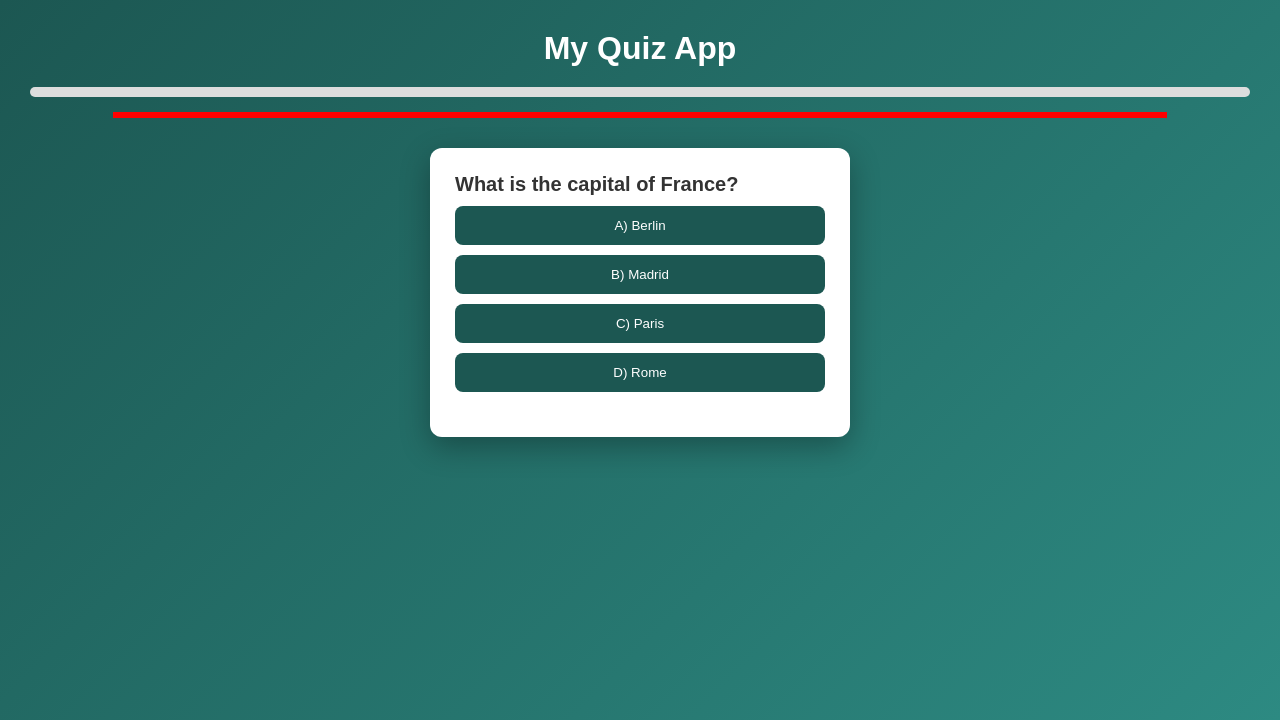
Repository: fatimaqueen9967-eng/SyntacexhubQuizApp
Page: index.html
These files come from the project's save history. The page is drawn as it stood at one moment and after a run of saves; the edit follows.
The browser window is 1280 px wide. The pictures show the whole page.

Above is the page before, as saved 2026-03-15 06:57:15.

### index.html
<!DOCTYPE html>
<html lang="en">
<head>
    <meta charset="UTF-8">
    <meta name="viewport" content="width=device-width, initial-scale=1.0">
    <title>QUIZ APP</title>
    <link rel="stylesheet" href="style.css">
</head>
<body>
    <h1>My Quiz App</h1>
<div class="progress-container">
<div class="progress-bar" id="progress"></div>
</div>

<div class="timer" id="timer"></div>

<div id="message"></div>

    <div class="box">
        <div class="question">
            <p>What is the capital of France?</p>
        </div>
        <div class="options">
            <button>A) Berlin</button>
            <button>B) Madrid</button>
            <button>C) Paris</button>
            <button>D) Rome</button>
        </div>
        <div class="question">
            <p>What is the capital of France?</p>
        </div>
        <div class="options">
            <button>A) Berlin</button>
            <button>B) Madrid</button>
            <button>C) Paris</button>
            <button>D) Rome</button>
        </div>
        <div class="question">
            <p>What is the capital of France?</p>
        </div>
        <div class="options">
            <button>A) Berlin</button>
            <button>B) Madrid</button>
            <button>C) Paris</button>
            <button>D) Rome</button>
        </div>
        <div class="question">
            <p>What is the complete form of HTML?</p>
        </div>
        <div class="options">
            <button>A) Hyper Text Markup Language</button>
            <button>B) High Text Markup Language</button>
            <button>C) Hyper Text Market Language</button>
            <button>D) Rome</button>
        </div>
        <div class="question">
            <p>What is Generative AI?</p>
        </div>
        <div class="options">
            <button>A) AI that generates new content</button>
            <button>B) AI that understands natural language</button>
            <button>C) AI that can play games</button>
            <button>D) AI that can recognize images</button>
        </div>
        <div class="question">
            <p>COMPUTER stands for?</p>
        </div>
        <div class="options">
            <button>A) Common Operating Machine Programming Element</button>
            <button>B) Common operation mechanics program electricity</button>
            <button>C) Computer Operating Machine Programming Element</button>
            <button>D) Computer operation mechanics program electricity</button>
        </div>
        <div class="question">
        <p>What is the role of javascript in web development?</p>
    </div>
    <div class="options">
        <button>A) Adds interactivity to web pages</button>
        <button>B) Styles web pages</button>
        <button>C) Structures web pages</button>
        <button>D) None of the above</button>
    </div>
        <div class="question">
        <p>DOM stands for?</p>
    </div>
    <div class="options">
        <button>A) Document Object Model</button>
        <button>B) Data Object Model</button>
        <button>C) Document Oriented Model</button>
        <button>D) Data Oriented Model</button>
    </div>
        <div class="question">
        <p>what is CSS?</p>
    </div>
    <div class="options">
        <button>A) CSS is a language used in web development in order to style web pages</button>
        <button>B) Body of a page</button>
        <button>C) Head of a page</button>
        <button>D) None of the above</button>
    </div>
        <div class="question">
        <p>what does CreateElement do in javascript?</p>
    </div>
    <div class="options">
        <button>A) Creates a new HTML element</button>
        <button>B) Removes an existing HTML element</button>
        <button>C) Modifies an existing HTML element</button>
        <button>D) None of the above</button>
    </div>
        <div class="question">
        <p>what is the use of addEventListener in javascript?</p>
    </div>
    <div class="options">
        <button>A) Adds an event listener to an HTML element</button>
        <button>B) Removes an event listener from an HTML element</button>
        <button>C) Modifies an event listener on an HTML element</button>
        <button>D) None of the above</button>
    </div>

        <div class="question">
        <p>Who is the founder of Microsoft?</p>
    </div>
    <div class="options">
        <button>A) Steve Jobs</button>
        <button>B) Bill Gates</button>
        <button>C) Mark Zuckerberg</button>
        <button>D) Elon Musk</button>
    </div>
        <div class="question">
        <p>What is Bootstrap?</p>
    </div>
    <div class="options">
        <button>A) A CSS framework</button>
        <button>B) A JavaScript library</button>
        <button>C) A front-end framework</button>
        <button>D) A back-end framework</button>
    </div>
        <div class="question">
        <p>what is the full form of CSS?</p>
    </div>
    <div class="options">
        <button>A) Cascading Style Sheets</button>
        <button>B) Computer Style Sheets</button>
        <button>C) Creative Style Sheets</button>
        <button>D) Colorful Style Sheets</button>
    </div>
    </div>

<script src="script.js"></script>
</body>
</html>

### style.css
*{
margin:0;
padding:0;
box-sizing:border-box;
font-family: Arial, sans-serif;
}

body{
background: linear-gradient(135deg,#1c5752,#2d8a82);
min-height:100vh;
display:flex;
flex-direction:column;
align-items:center;
padding:30px;
color:white;
}

/* Heading */

h1{
margin-bottom:20px;
animation:fadeDown 1s ease;
}

/* Quiz Box */

.box{
background:white;
color:#333;
padding:25px;
border-radius:12px;
width:420px;
max-width:95%;
box-shadow:0 10px 30px rgba(0,0,0,0.3);
}

/* Questions */

.question{
font-size:20px;
font-weight:bold;
margin-bottom:10px;
}

/* Options */

.options{
display:flex;
flex-direction:column;
gap:10px;
margin-bottom:20px;
}

.options button{
padding:12px;
border:none;
border-radius:8px;
background:#1c5752;
color:white;
cursor:pointer;
transition:0.3s;
}

.options button:hover{
background:#14433f;
transform:scale(1.05);
}

.correct{
background:green !important;
}

.wrong{
background:red !important;
}

/* Appreciation text */

#message{
text-align:center;
font-weight:bold;
margin-top:10px;
font-size:18px;
}

/* Progress Bar */

.progress-container{
width:100%;
background:#ddd;
border-radius:20px;
margin-bottom:15px;
overflow:hidden;
}

.progress-bar{
height:10px;
background:#1c5752;
width:0%;
transition:0.4s;
}

/* Timer */

.timer{
height:6px;
background:red;
width:100%;
margin-bottom:20px;
transition:width 1s linear;
}

/* Animations */

@keyframes fadeDown{
from{
opacity:0;
transform:translateY(-20px);
}
to{
opacity:1;
transform:translateY(0);
}
}

/* Responsive */

@media(max-width:500px){

.box{
width:100%;
padding:20px;
}

.question{
font-size:18px;
}

}

### script.js
const questions = document.querySelectorAll(".question");
const options = document.querySelectorAll(".options");
const buttons = document.querySelectorAll(".options button");

const progress = document.getElementById("progress");
const timerBar = document.getElementById("timer");
const message = document.getElementById("message");

let current = 0;
let score = 0;
let time = 30;
let timer;

/* Correct answers */

const answers = [
"C) Paris",
"C) Paris",
"C) Paris",
"A) Hyper Text Markup Language",
"A) AI that generates new content",
"A) Common Operating Machine Programming Element",
"A) Adds interactivity to web pages",
"A) Document Object Model",
"A) CSS is a language used in web development in order to style web pages",
"A) Creates a new HTML element",
"A) Adds an event listener to an HTML element",
"B) Bill Gates",
"C) A front-end framework",
"A) Cascading Style Sheets"
];

/* Hide all questions */

function showQuestion(index){

questions.forEach(q => q.style.display="none");
options.forEach(o => o.style.display="none");

questions[index].style.display="block";
options[index].style.display="flex";

updateProgress();
startTimer();

}

/* Progress bar */

function updateProgress(){

let percent = ((current)/questions.length)*100;
progress.style.width = percent + "%";

}

/* Timer */

function startTimer(){

clearInterval(timer);

time = 30;

timerBar.style.width="100%";

timer = setInterval(()=>{

time--;

timerBar.style.width = (time/30)*100 + "%";

if(time<=0){

clearInterval(timer);
nextQuestion();

}

},1000);

}

/* Check answer */

buttons.forEach(btn=>{

btn.addEventListener("click",function(){

clearInterval(timer);

let userAnswer = this.innerText;

if(userAnswer === answers[current]){

this.classList.add("correct");
score++;

message.innerText = "🔥 Wow Very Nice!";

}else{

this.classList.add("wrong");
message.innerText = "🙂 Good Try!";

}

setTimeout(()=>{

message.innerText="";
nextQuestion();

},1500);

});

});

/* Next Question */

function nextQuestion(){

current++;

if(current < questions.length){

showQuestion(current);

}else{

showResult();

}

}

/* Final Score */

function showResult(){

document.querySelector(".box").innerHTML = `

<h2>🎉 Quiz Completed!</h2>

<h3>Your Score: ${score} / ${questions.length}</h3>

<p>Great job! Keep learning 🚀</p>

`;

}

/* Start quiz */

showQuestion(current);

After the next 2 saves:
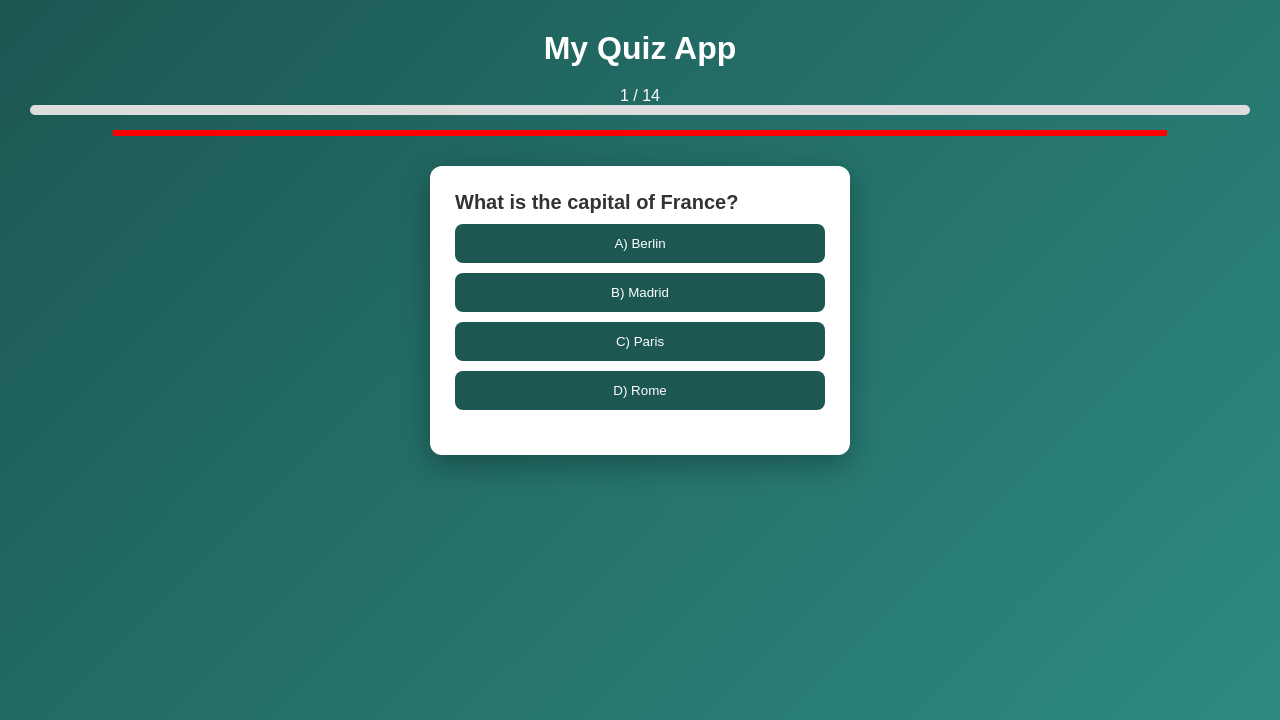
The 2 saves are shown as one change because they came seconds apart.
The last was saved 3 min 36 s later.
--- a/index.html
+++ b/index.html
@@ -8,6 +8,7 @@
 </head>
 <body>
     <h1>My Quiz App</h1>
+    <div id="counter">1 / 14</div>
 <div class="progress-container">
 <div class="progress-bar" id="progress"></div>
 </div>
